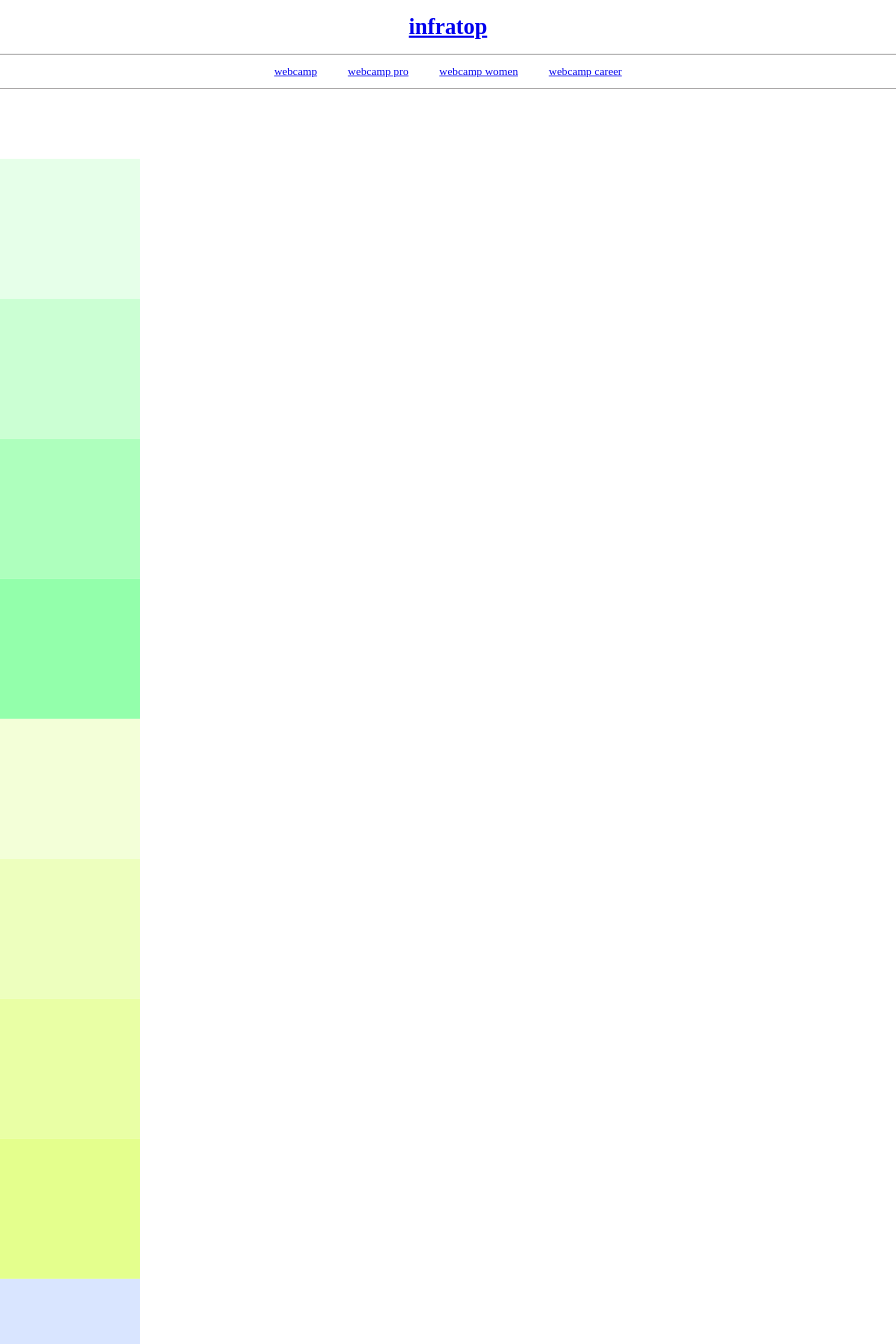
Repository: pooh0721/-
Page: chapter5/index.html
The author's editor kept a record of every edit. The page is drawn from the files as they stood at one moment, then again after the next edit.
The browser window is 1280 px wide. The pictures show the part of the page from y = 0 to 1920 px (the page is 2747 px tall before and 947 px after), at 70% of full size.

Above is the page before.

### chapter5/index.html
<!DOCTYPE html>
<html lang="ja">
  <head>
    <meta charset="UTF-8" />
    <!-- CSSファイルの読み込み -->
    <link rel="stylesheet" href="style.css" />
    <title>CARAVAN</title>
  <head>
    <body>
      <header>
        <h1 class="heading">
          <a href="index.html">infratop
          </a>
        </h1>
      </header>
      <nav>
        <ul class="nav-list">
          <li class="nav-list-item">
            <a href="index.html" >webcamp</a>
          </li>
           <li class="nav-list-item">
            <a href="index.html" >webcamp pro</a>
          </li>
           <li class="nav-list-item">
            <a href="index.html" >webcamp women</a>
          </li>
           <li class="nav-list-item">
            <a href="index.html" >webcamp career</a>
          </li>


        </ul>
      </nav>
      <div class="main"></div>

      <div class="box1"></div>

      <div class="box2"></div>

      <div class="box3"></div>

      <div class="box4"></div>

      <div class="box5"></div>

      <div class="box6"></div>

      <div class="box7"></div>

      <div class="box8"></div>

      <div class="box9"></div>

      <div class="box10"></div>

      <div class="box11"></div>

      <div class="box12"></div>


      <footer>
        <p class="footer-text"> ©All rights reserved by Infratop.Inc.</p>
      </footer>
    </body>



  <html>

### chapter5/style.css
* {
  margin: 0;
  padding: 0;
  box-sizing: border-box;
}

header {
  width: 100%; /* 横幅90% */
  padding: 20px 0;
  margin: 0 auto;
  text-align: center;
}


.nav-list {
  text-align: center;
  padding:15px ;
   margin: 0 auto;
  border-bottom: 1px solid #848282;
  border-top: 1px solid #848282;
  }

.nav-list-item {
  list-style: none;
  display: inline-block;
  margin: 0 20px;
}

.main {
  width: 800px;
  margin: 50px auto;
  display: flex;
  flex-wrap: wrap;

}

.box1 {
  width: 200px;
  height: 200px;
  background-color: #e6ffe9;
}

.box2 {
  width: 200px;
  height: 200px;
  background-color: #cbffd3;
}

.box3 {
  width: 200px;
  height: 200px;
  background-color: #aeffbd;
}

.box4 {
  width: 200px;
  height: 200px;
  background-color: #93ffab;
}

.box5 {
  width: 200px;
  height: 200px;
  background-color: #f3ffd8;
}

.box6 {
  width: 200px;
  height: 200px;
  background-color: #edffbe;
}

.box7 {
  width: 200px;
  height: 200px;
  background-color: #e9ffa5;
}

.box8 {
  width: 200px;
  height: 200px;
  background-color: #e4ff8d;
}

.box9 {
  width: 200px;
  height: 200px;
  background-color: #d9e5ff;
}

.box10 {
  width: 200px;
  height: 200px;
  background-color: #bad3ff;
}

.box11 {
  width: 200px;
  height: 200px;
  background-color: #a4c6ff;
}

.box12 {
  width: 200px;
  height: 200px;
  background-color: #8eb8ff;
}

footer {
  width: 100%;
  height: 120px;
  text-align: center;
  line-height: 120px;
  background-color: #848282;
}


footer {
  width: 100%;
  height: 120px;
  text-align: center;
  line-height: 120px;
  background-color: #848282;
}

.footer-text {
  color: #fff;
}

After the next edit:
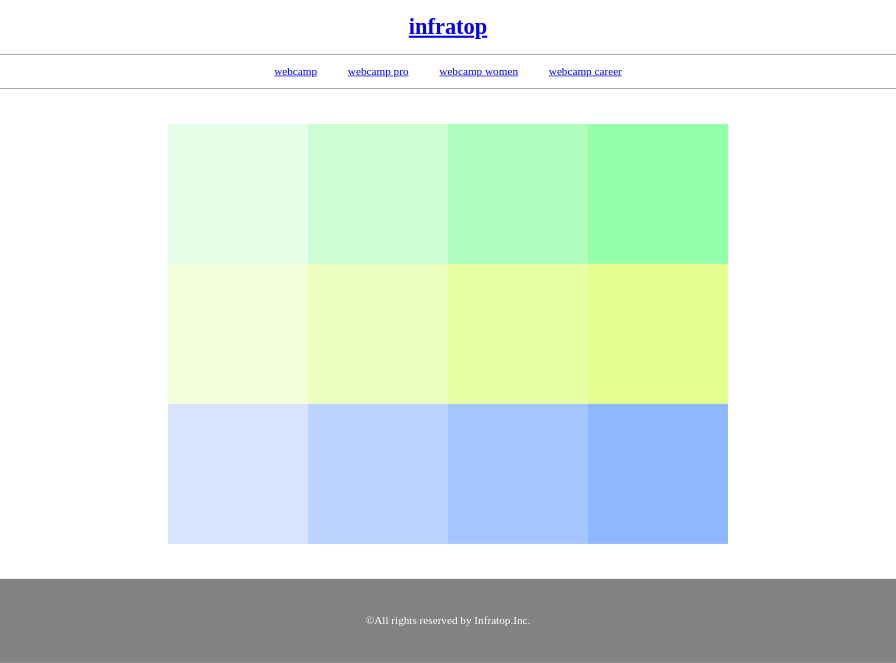
The edit:
--- a/chapter5/index.html
+++ b/chapter5/index.html
@@ -31,7 +31,7 @@
 
         </ul>
       </nav>
-      <div class="main"></div>
+      <div class="main">
 
       <div class="box1"></div>
 
@@ -57,7 +57,7 @@
 
       <div class="box12"></div>
 
-
+</div>
       <footer>
         <p class="footer-text"> ©All rights reserved by Infratop.Inc.</p>
       </footer>
